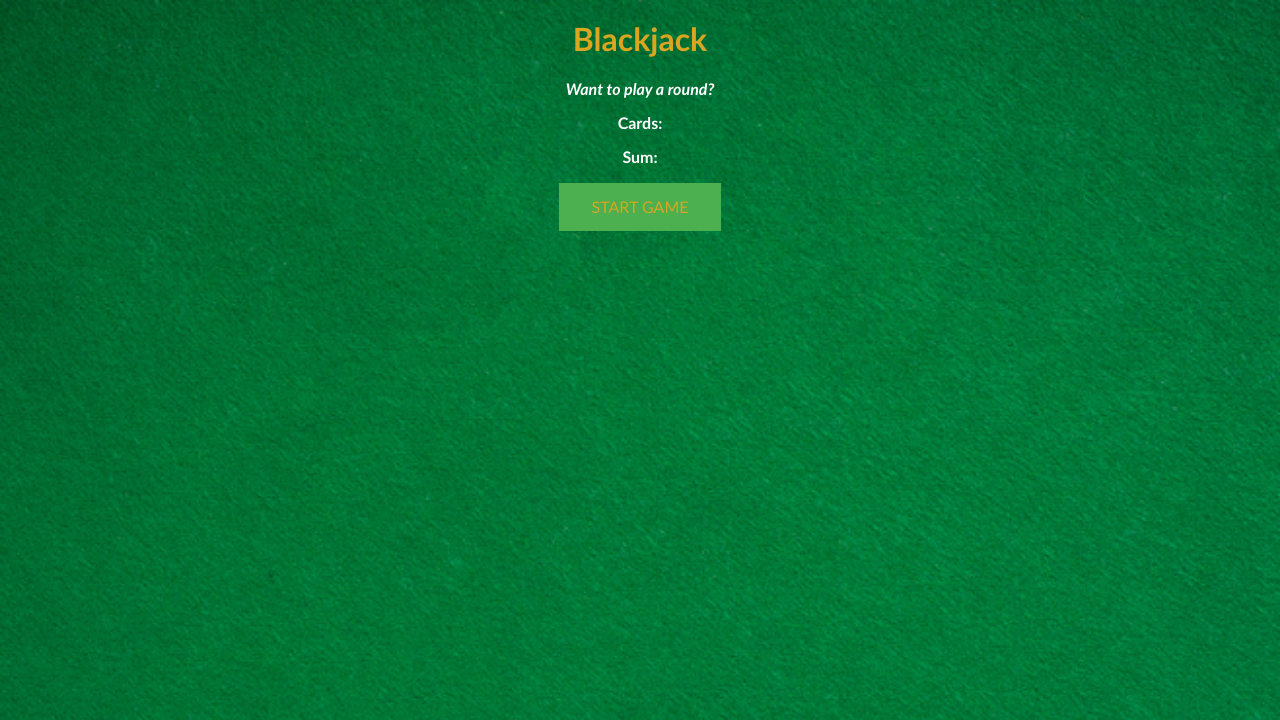
Repository: jt010051/JavaScriptBlackJack
Page: index.html
These files come from the project's save history. The page is drawn as it stood at one moment and after the next save; the edit follows.
The browser window is 1280 px wide. The pictures show the whole page.

Above is the page before, as saved 2022-02-26 17:54:21.

After the next save:
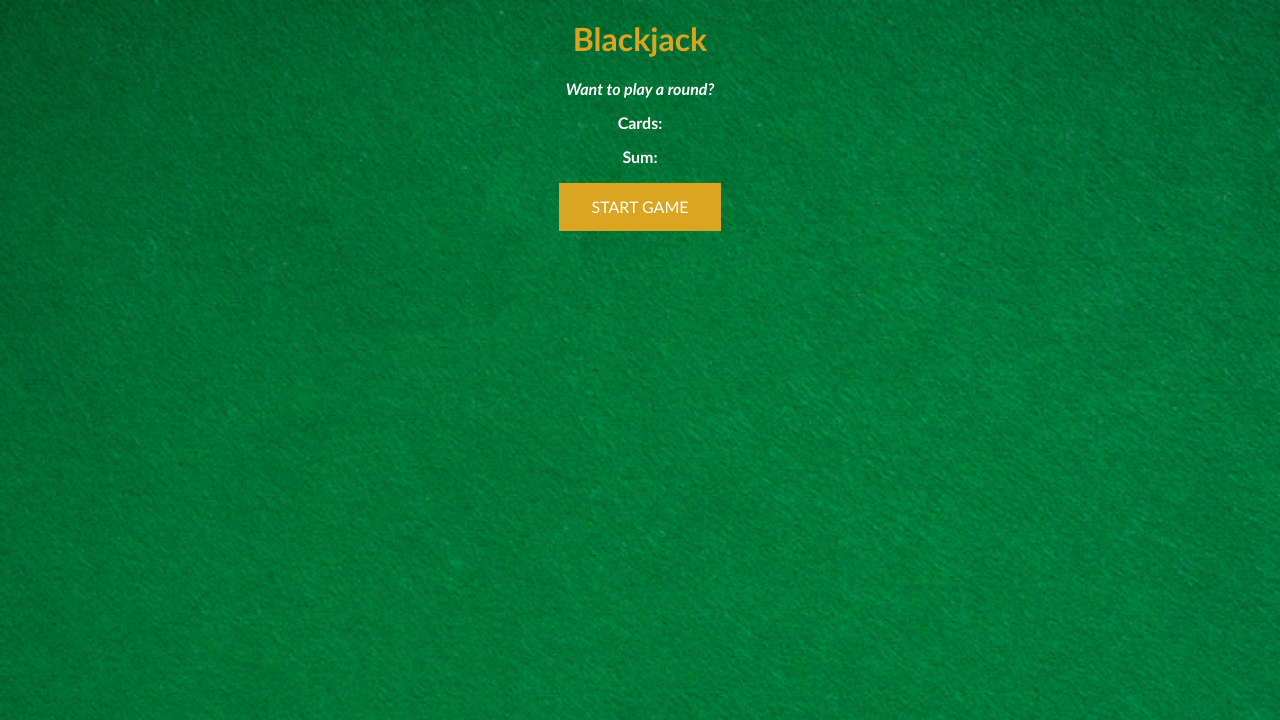
Saved 30 s later.
--- a/index.css
+++ b/index.css
@@ -19,9 +19,9 @@ h1 {
     font-style: italic;
 }
 button {
-    background-color: #4CAF50; /* Green */
+    background-color:  goldenrod; /* Green */
     border: none;
-    color: goldenrod;
+    color: white;
     padding: 15px 32px;
     text-align: center;
     text-decoration: none;
